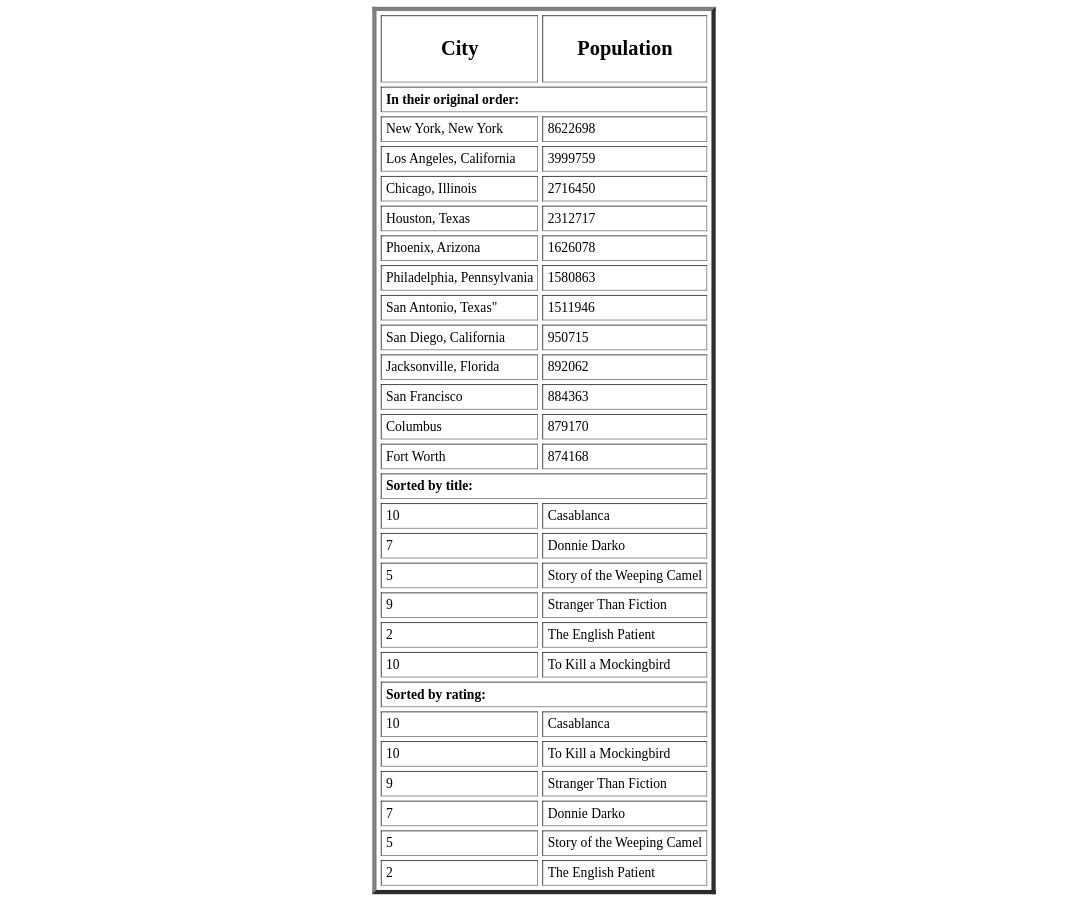
Repository: oduong1/COSW30
Page: http://localhost/homework/hw4/sorting.php
The author's editor kept a record of every edit. The page is drawn from the files as they stood at one moment, then again after the next edit.
The browser window is 1280 px wide. The pictures show the whole page, at 85% of full size.
The page is run by PHP 8.4 with error messages shown; the project is at /var/www/html/.

Above is the page before.

### homework/hw4/sorting.php
<!doctype html>
<html lang="en">
<head>
	<meta charset="utf-8">
	<title>Sorting Arrays</title>
</head>
<body>
<table border="5" cellspacing="5" cellpadding="5" align="center">
<thead>
	<tr>
		<th><h2>City</h2></th>
		<th><h2>Population</h2></th>
	</tr>
</thead>
<tbody>
<?php # Script 2.8 - sorting.php
// Create the array:
        $population = [
            'New York, New York' => 8622698,
            'Los Angeles, California' => 3999759,
            'Chicago, Illinois' => 2716450,
            'Houston, Texas' => 2312717,
            'Phoenix, Arizona' => 1626078,
            'Philadelphia, Pennsylvania' => 1580863,
            'San Antonio, Texas"' => 1511946,
            'San Diego, California' => 950715,
            'Jacksonville, Florida' => 892062,
            'San Francisco' => 884363,
            'Columbus' => 879170,
            'Fort Worth' => 874168
        ];
$movies = [
	'Casablanca' => 10,
	'To Kill a Mockingbird' => 10,
	'The English Patient' => 2,
	'Stranger Than Fiction' => 9,
	'Story of the Weeping Camel' => 5,
	'Donnie Darko' => 7
];
// Display the movies in their original order:
echo '<tr><td colspan="2"><strong>In their original order:</strong></td></tr>';
foreach ($population as $city => $pop) {
	echo "<tr><td>$city</td>
	<td>$pop</td></tr>\n";
}
// Display the movies sorted by title:
ksort($movies);
echo '<tr><td colspan="2"><strong>Sorted by title:</strong></td></tr>';
foreach ($movies as $title => $rating) {
	echo "<tr><td>$rating</td>
	<td>$title</td></tr>\n";
}
// Display the movies sorted by rating:
arsort($movies);
echo '<tr><td colspan="2"><strong>Sorted by rating:</strong></td></tr>';
foreach ($movies as $title => $rating) {
	echo "<tr><td>$rating</td>
	<td>$title</td></tr>\n";
}
?>
</tbody>
</table>
</body>
</html>

After the next edit:
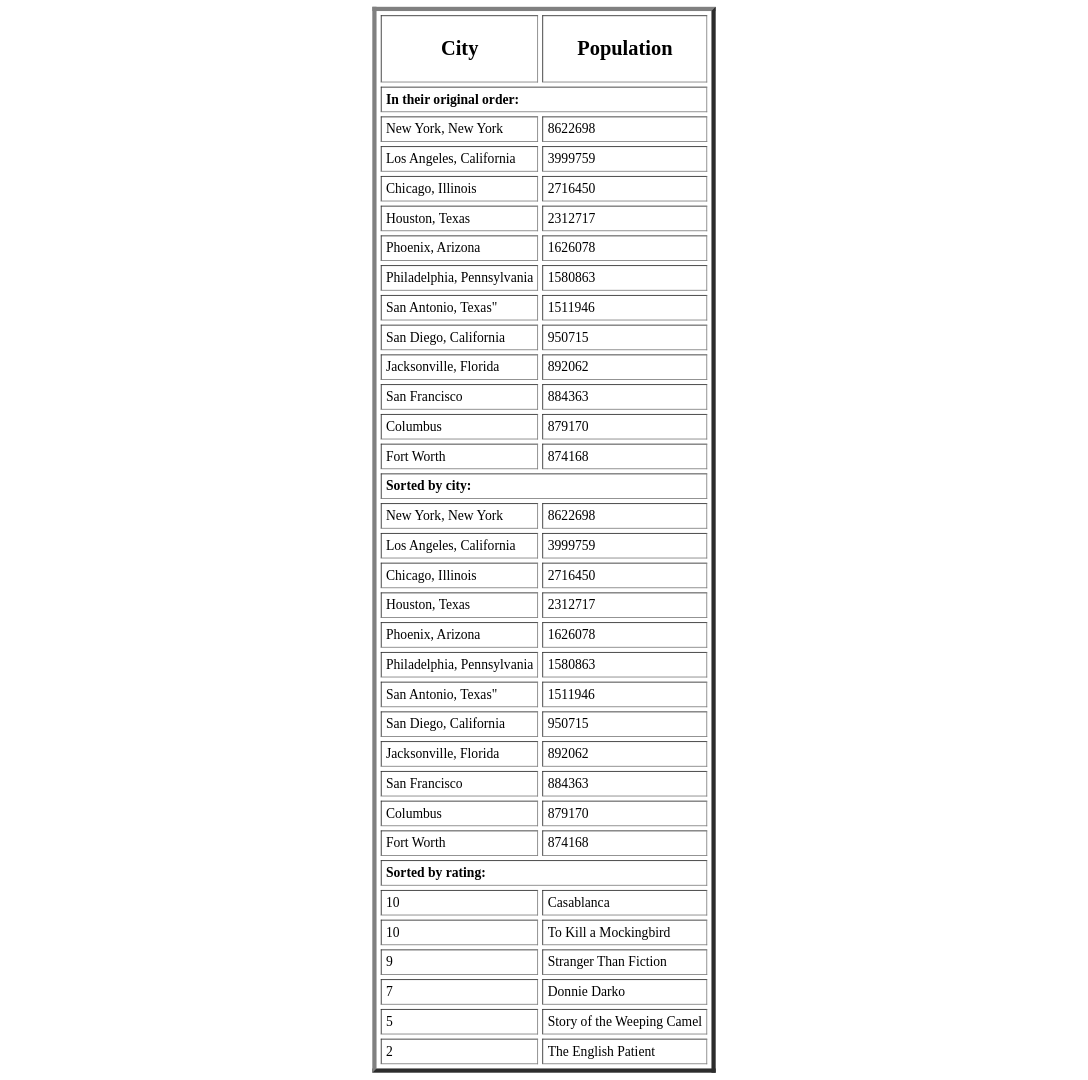
The edit:
--- a/homework/hw4/sorting.php
+++ b/homework/hw4/sorting.php
@@ -45,10 +45,10 @@
 }
 // Display the movies sorted by title:
 ksort($movies);
-echo '<tr><td colspan="2"><strong>Sorted by title:</strong></td></tr>';
-foreach ($movies as $title => $rating) {
-	echo "<tr><td>$rating</td>
-	<td>$title</td></tr>\n";
+echo '<tr><td colspan="2"><strong>Sorted by city:</strong></td></tr>';
+foreach ($population as $city => $pop) {
+	echo "<tr><td>$city</td>
+	<td>$pop</td></tr>\n";
 }
 // Display the movies sorted by rating:
 arsort($movies);
